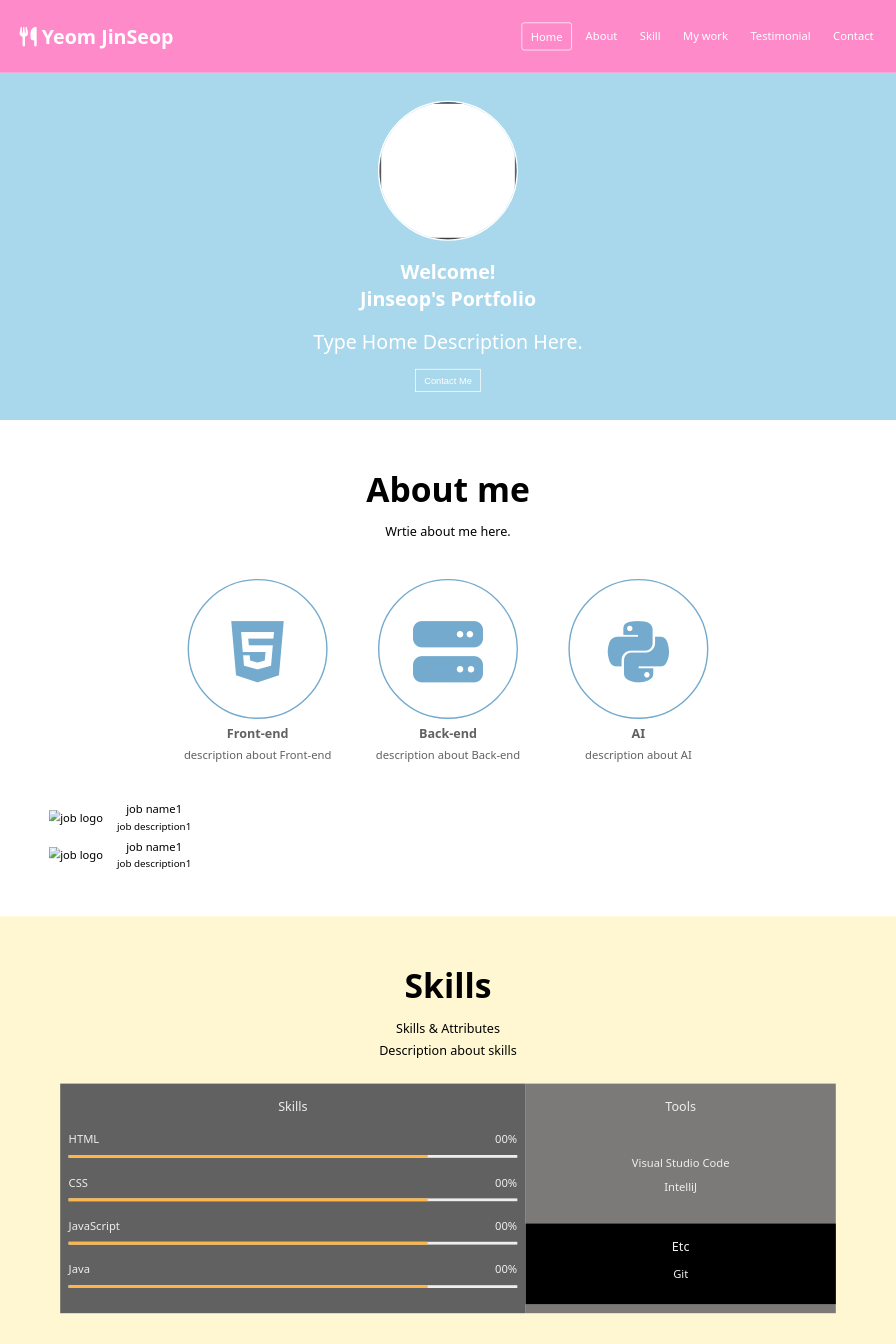
Repository: YEOMJINSEOP/yeomjinseop.github.io
Page: index.html
These files come from the project's save history. The page is drawn as it stood at one moment and after the next save; the edit follows.
The browser window is 1280 px wide. The pictures show the part of the page from y = 0 to 1920 px (the page is 3165 px tall), at 70% of full size.
Some web libraries are served in a nearby version.

Above is the page before, as saved 2022-08-14 20:44:52.

### index.html
<!DOCTYPE html>
<html lang="en">
<head>
  <meta charset="UTF-8">
  <meta http-equiv="X-UA-Compatible" content="IE=edge">
  <meta name="viewport" content="width=device-width, initial-scale=1.0">
  <title>Jinseop's Portfolio</title>
  <meta name="author" content="Jinseop Yeom">
  <meta name="description" content="Portfolio Website For Jinseop Yeom">

  <!--Logo Image-->
  <link rel="icon" type="image/png" href="images/favicon.png">


  <!--Font Awesome-->
  <script src="https://kit.fontawesome.com/d24b25bb21.js" crossorigin="anonymous"></script>

  <!--Google Fonts-->
  <link rel="preconnect" href="https://fonts.googleapis.com">
  <link rel="preconnect" href="https://fonts.gstatic.com" crossorigin>
  <link href="https://fonts.googleapis.com/css2?family=Open+Sans:wght@400;600;700&display=swap" rel="stylesheet">

  <!--CSS-->
  <link rel="stylesheet" href="style.css">

  <!--JavaScript-->
  <script src="main.js" defer></script>

</head>
<body>
  <!--Navbar-->
  <nav id="navbar">
    <div class="navbar__logo">
      <i class="fa-solid fa-utensils"></i>
      <a href="#">Yeom JinSeop</a>
    </div>
    <div>
      <ul class="navbar__menu">
        <li class="navbar__menu__item active">Home</li>
        <li class="navbar__menu__item">About</li>
        <li class="navbar__menu__item">Skill</li>
        <li class="navbar__menu__item">My work</li>
        <li class="navbar__menu__item">Testimonial</li>
        <li class="navbar__menu__item">Contact</li>
      </ul>
    </div>
  </nav>

  <!-- Home -->
  <section id="home" class="section">
    <img src="/images/whileimage.png" alt="Jinseop's image" class="home__avatar">
    <h1 class="home__title">Welcome! <br/> Jinseop's Portfolio</h1>
    <h3 class="home__description">Type Home Description Here.</h3>
    <button class="home__button">Contact Me</button>
  </section>

  <!--About-->
  <section id="about" class="section">
    <div class="section__container">
      <h1>About me</h1>
      <p>Wrtie about me here.</p>

      <div class="about__majors">
        <div class="about__majors">
        <div class="major">
          <div class="major__icon">
            <i class="fa-brands fa-html5"></i>
          </div>
          <div class="major__title">
            Front-end
          </div>
          <div class="major__description">
            description about Front-end
          </div>
        </div>

        <div class="major">
          <div class="major__icon">
            <i class="fa-solid fa-server"></i>
          </div>
          <div class="major__title">
            Back-end
          </div>
          <div class="major__description">
            description about Back-end
          </div>
        </div>


        <div class="major">
          <div class="major__icon">
            <i class="fa-brands fa-python"></i>
          </div>
          <div class="major__title">
            AI
          </div>
          <div class="major__description">
            description about AI
          </div>
        </div>
      </div>
    </div>

      <div class="about__jobs">
        <div class="job">
          <img src="" alt="job logo" class="job__logo">
          <div class="job__info">
            <p class="job__name">job name1</p>
            <p class="job__description">job description1</p>
          </div>
        </div>
        <div class="job">
          <img src="" alt="job logo" class="job__logo">
          <div class="job__info">
            <p class="job__name">job name1</p>
            <p class="job__description">job description1</p>
          </div>
        </div>
      </div>
    </div>
  </section>

  <!--Skills-->
  <section id="skills" class="section">
    <div class="section__container">
      <h1>Skills</h1>
    <h3>Skills & Attributes</h3>
    <p>Description about skills</p>
    <div class="skillset">
      <div class="skillset__left">
        <h3 class="skillset__title">Skills</h3>
        <div class="skill">
          <div class="skill__description">
            <span>HTML</span>
            <span>00%</span>
          </div>

          <div class="skill__bar">
            <div class="skill__value"></div>
          </div>
        </div>

        <div class="skill">
          <div class="skill__description">
            <span>CSS</span>
            <span>00%</span>
          </div>

          <div class="skill__bar">
            <div class="skill__value"></div>
          </div>

          <div class="skill">
            <div class="skill__description">
              <span>JavaScript</span>
              <span>00%</span>
            </div>

            <div class="skill__bar">
              <div class="skill__value"></div>
            </div>
          </div>
        </div>

        <div class="skill">
          <div class="skill__description">
            <span>Java</span>
            <span>00%</span>
          </div>

          <div class="skill__bar">
            <div class="skill__value"></div>
          </div>
        </div>
      </div>

      <div class="skillset__right">
        <div class="tools">
          <h3 class="skillset__title">Tools</h3>
          <ul class="tools__list">
            <li><span>Visual Studio Code</span></li>
            <li><span>IntelliJ</span></li>
          </ul>
        </div>

        <div class="etc">
          <h3 class="skillset__title">Etc</h3>
          <ul class="etc__list">
            <li><span>Git</span></li>
          </ul>
        </div>
      </div>
    </div>
    </div>
  </section>

  <!--Work-->
  <section id="work" class="section">
    <h1>My work</h1>
    <h3>Projects</h3>
    <div class="work__categories">
      <button class="category__btn">All<span class="category__count">3</span></button>
      <button class="category__btn">Front-end<span class="category__count">1</span></button>
      <button class="category__btn">Back-end<span class="category__count">1</span></button>
      <button class="category__btn">AI<span class="category__count">1</span></button>
    </div>

    <div class="work__projects">
      <a href="#" class="project" target="blank">
        <img src="images/whileimage.png" alt="project image" class="project__image">
        <div class="project__description">
          <h3>Project Name</h3>
          <span>Description about Project</span>
        </div>
      </a>

      <a href="#" class="project" target="blank">
        <img src="images/whileimage.png" alt="project image" class="project__image">
        <div class="project__description">
          <h3>Project Name</h3>
          <span>Description about Project</span>
        </div>
      </a>

      <a href="#" class="project" target="blank">
        <img src="images/whileimage.png" alt="project image" class="project__image">
        <div class="project__description">
          <h3>Project Name</h3>
          <span>Description about Project</span>
        </div>
      </a>
    </div>
  </section>

  <!--Testimonial-->
  <section id="testimonial" class="section">
    <h1>Testimonial</h1>
    <h3>See What They Say About Me</h3>
    <div class="testimonials">
      <div class="testimonial">
        <img src="" alt="Person Image" class="testimonial__avatar">
        <div class="testimonial__speech_bubble">
          <p>Recommendation Talk Here.</p>
          <p class="name"><a href="#">Professor A</a></p>
        </div>
      </div>

      <div class="testimonial">
        <img src="" alt="Person Image" class="testimonial__avatar">
        <div class="testimonial__speech_bubble">
          <p>Recommendation Talk Here.</p>
          <p class="name"><a href="#">Professor A</a></p>
        </div>
      </div>
    </div>
  </section>

  <!--Contact-->
  <section id="contact" class="section">
    <h1>Let's Talk</h1>
    <h3>yeom_123@naver.com</h3>
    <div class="contact_links">
      <a href="#" target="blank">
        <i class = "fab fa-github"></i>
      </a>

      <a href="#" target="blank">
        <i class = "fa fa-linkedin-square"></i>
      </a>
    </div>
    <p class="contact_rights">
      2022 YEOM JINSEOP - All rights reserved
    </p>
  </section>
</body>
</html>

### style.css
 /* Global */

 :root{
  /* Color */
  --color-white: #ffffff;
  --color-light-white: #eeeeee;
  --color-dark-whtie: #bdbdbd;
  --color-pink: #fe918d;
  --color-dark-pink: #ff6863;
  --color-deep-pink: #FF8ACA;
  --color-black: #4d4d4d;
  --color-grey: #616161;
  --color-light-gray: #7c7979;
  --color-blue: #73aace;
  --color-yellow: #fff7d1;
  --color-orange: #feb546;
  --color-black: #000000;
  --color-yellow-green: #BEEBA9;
  --color-sky-blue: #A9D7EB;

  /* Font size */
  --font-large: 48px;
  --font-medium: 28px;
  --font-regular: 18px;
  --font-small: 16px;
  --font-micro: 14px;


  /* Font Weight */
  --weight-bold: 700;
  --weight-semi-bold: 600;
  --weight-regular: 400;

  /* Size */
  --size-border-radius: 4px;

  /* Animation */
  --animation-duration: 300ms;

 }

 /* Universal tages */
 * {
  box-sizing: border-box;
 }

 body{
  margin: 0;
  font-family:system-ui, -apple-system, BlinkMacSystemFont, 'Segoe UI', Roboto, Oxygen, Ubuntu, Cantarell, 'Open Sans', 'Helvetica Neue', sans-serif;
  cursor: default;
}

 a{
  text-decoration: none;
  color: var(--color-white);
 }

 ul{
  list-style: none;
  padding-left: 0;
 }

 button{
  background-color: transparent;
  border: none;
  cursor: pointer;
 }



 /* Typography */

 h1{
  font-size: var(--font-large);
  font-weight: var(--weight-bold);
  color: var(--color-black);
  margin: 16px 0;
 }

 h2{
  font-size: var(--font-medium);
  font-weight: var(--weight-semi-bold);
  color: var(--color-black);
  margin: 8px 0;
 }

 h3{
  font-size: var(--font-regular);
  font-weight: var(--weight-regular);
  color: var(--color-black);
  margin: 8px 0;
 }

 p{
  font-size: var(--font-regular);
  font-weight:  var(--font-regular);
  color: var(--color-black);
  margin: 4px 0;
 }

 /* Body  */

 /* Nav */
 #navbar{
  display: flex;
  justify-content: space-between;
  align-items: center;
  background-color: var(--color-deep-pink);
  color: var(--color-white);
  padding: 16px;
 }

 .navbar__logo{
  font-size: var(--font-medium);
  font-weight: var(--weight-semi-bold);
  padding: 8px 12px;
 }

 .navbar__menu{
  display: flex;
  font-size: var(--font-small);
  font-weight: var(--weight-regular);
 }

 .navbar__menu__item.active{
  border: 1px solid white;
 }

 .navbar__menu__item{
  padding: 8px 12px;
  margin: 0 4px;
  border-radius: var(--size-border-radius);
  cursor: pointer;
 }

 .navbar__menu__item:hover{
  background-color: var(--color-dark-pink);
 }

 /* Home */

 #home{
  background-color: var(--color-sky-blue);
  background-position: center;
  background-repeat: no-repeat;
  background-size: cover;
  padding: 40px;
  text-align: center;
 }

 .home__avatar{
  border: 2px solid var(--color-white);
  border-radius: 50%;
  width: 200px;
  height: 200px;
 }

 .home__title,
 .home__description{
  font-size: var(--font-medium);
  color: var(--color-white);
  padding: 4px;
 }

 .home__button{
  border: 1px solid var(--color-white);
  padding: 8px 12px;
  margin-top: 8px;
  color: var(--color-white);
 }

.home__button:hover{
  background-color: var(--color-dark-pink);
}

/* Section Common */
.section{
  padding: 50px;
  text-align: center;
}

.section__contatiner{
  max-width: 1200px;
}

/* About */

.about__majors{
  display: flex;
  justify-content: center;
  margin: 8px 12px;
  padding: 12px;
}

.major{
  margin: 8px 24px;
}

.major__icon{
  height: 200px;
  width: 200px;
  font-size: 100px;
  line-height: 200px;
  border: 2px solid var(--color-blue);
  border-radius: 50%;
  color: var(--color-blue);
  margin: 8px 12px;
  transition: all var(--animation-duration) linear;
}

.major__icon:hover{
  color: var(--color-orange);
  border-color: var(--color-orange);
}

.major__icon:hover i{
  transform: scale(120%);
}


.major__title {
  font-size: var(--font-regular);
  font-weight: var(--weight-semi-bold);
  color:var(--color-grey);
  margin: 8px;;
}

.major__description{
  font-size: var(--font-small);
  color: var(--color-grey);
}

.about__jobs{
  margin: 12px 0;
}

.job{
  display: flex;
  align-items: center;
}

.job__logo{
  padding: 8px;
  margin: 4px 12px;
}

.job__name{
  font-size: var(--font-small);
}

.job__description{
  font-size: var(--font-micro);
}

/* Skill */

#skills{
  background-color: var(--color-yellow);
}
.skillset{
  display: flex;
  justify-content: center;
  margin: 12px 12px;
  padding: 24px;
  color: var(--color-light-white);
}

.skillset__left{
  padding: 12px;
  flex-basis: 60%;
  background-color: var(--color-grey);
}

.skill{
  margin: 24px 0;
}

.skill__description{
  display: flex;
  justify-content: space-between;
}

.skillset__title{
  color: var(--color-light-white);
  margin: 8px 0;
}

.skill__bar{
  width: 100%;
  height: 4px;
  background-color: var(--color-light-white);
  margin: 12px 0;
}

.skill__value{
  width: 80%;
  /* width는 html에 style로 넣어서 각각 지정하기! */
  height: 4px;
  background-color: var(--color-orange);
}


.skillset__right{
  flex-basis:40%;
  background-color: var(--color-light-gray);
}

.tools{
  padding: 12px;
  height:200px;
}

.tools__list{
  padding: 30px 0;
}

.tools__list li{
  margin: 12px;
}


.etc{
  background-color: var(--color-black);
  height: 115px;
  padding: 12px;
}

/* Work */

.work__categories{
  margin: 24px 0 ;
}

.category__btn{
  border: 1px solid var(--color-black);
  background-color: var(--color-white);
  padding: 4px 32px;
  margin: 4px 8px;
  font-size: var(--font-small);
  font-weight: var(--weight-semi-bold);
}

.category__btn:hover {
  background-color: var(--color-light-white);
}

.category__btn:hover .category__count{
  opacity: 1;
  transform: translateY(0);
}

.category__count{
  width:  20px;
  height: 20px;
  line-height: 20px;
  color: var(--color-white);
  margin-left: 5px;
  background-color: var(--color-orange);
  display: inline-block;
  border-radius: 50%;
  opacity: 0;
  transition: all var(--animation-duration) ease-in;
  transform: translateY(-10px);
}

.work__projects{
  display: flex;
  flex-wrap:wrap;
  align-items: center;
  justify-content: center;
}

.project__image{
  width: 100%;
  height: 100%;
}

.project{
  position: relative;
  width: 200px;
  height: 200px;
  margin: 10px;
}

.project__description{
  position: absolute;
  top:0px;
  left:0px;
  background-color: var(--color-grey);
  width: 100%;
  height: 100%;
  display: flex;
  flex-direction: column;
  justify-content: center;
  opacity: 0;
  transition: all var(--animation-duration) ease-in;
  transform: translateY(-10px);
}

.project__description h3{
  color: var(--color-white);
}

.project__description h3:after{
  content: " ";
  display: block;
  position: relative;
  left: 50%;
  width: 20px;
  height: 2px;
  margin-top: 8px;
  margin-left: -8px;
  background-color: var(--color-white);
}

.project__description:hover{
  opacity: 0.8;
  transform: translateY(0);
}

/* Testimonial */

Loaded but not shown: main.js (no copy from this time; the picture is the same without it)

After the next save:
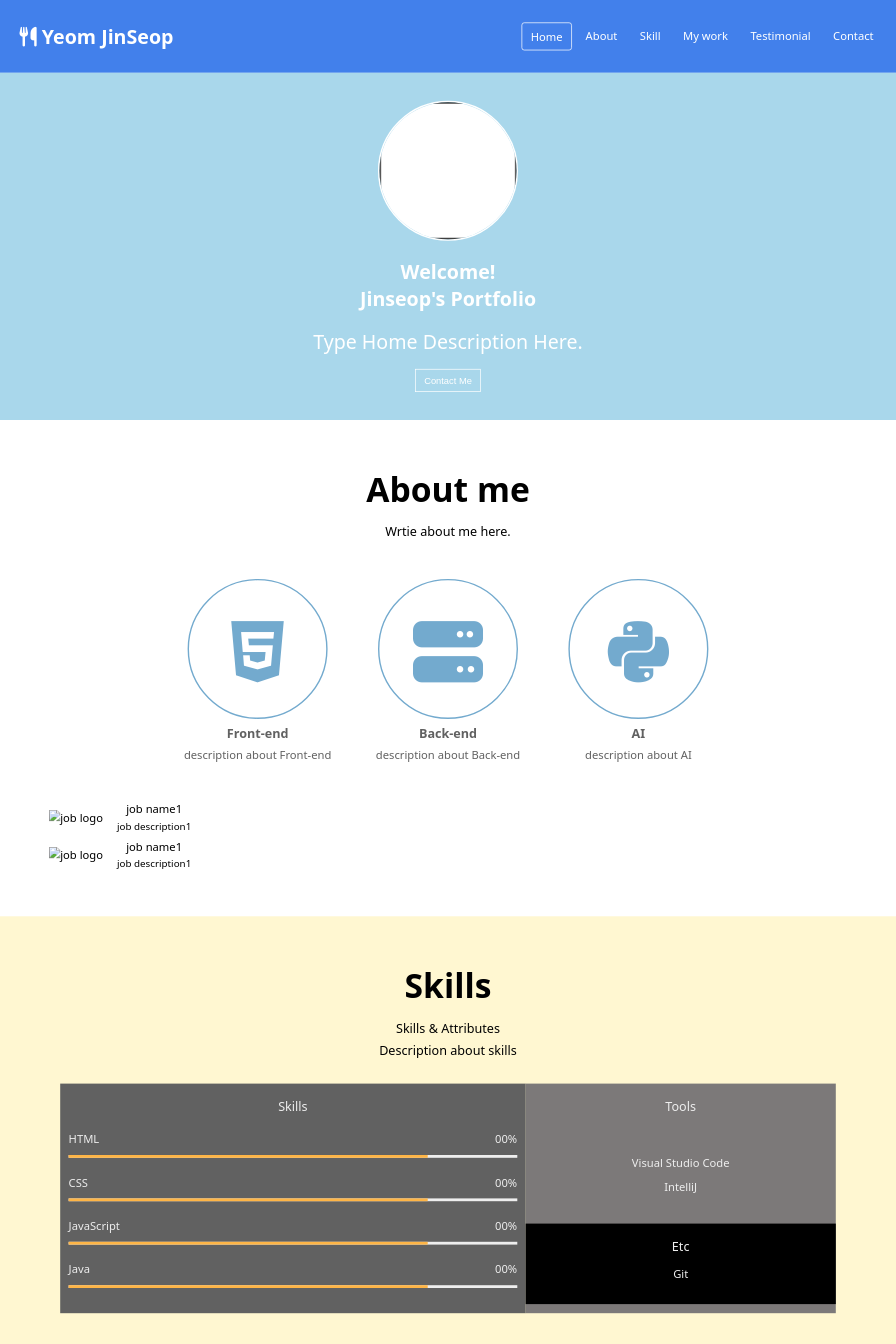
Saved 3 min 4 s later.
--- a/style.css
+++ b/style.css
@@ -17,6 +17,7 @@
   --color-black: #000000;
   --color-yellow-green: #BEEBA9;
   --color-sky-blue: #A9D7EB;
+  --color-deep-blue: #4280EB;
 
   /* Font size */
   --font-large: 48px;
@@ -105,7 +106,7 @@
   display: flex;
   justify-content: space-between;
   align-items: center;
-  background-color: var(--color-deep-pink);
+  background-color: var(--color-deep-blue);
   color: var(--color-white);
   padding: 16px;
  }
@@ -419,3 +420,7 @@
 }
 
 /* Testimonial */
+
+#testimonial {
+  background-color: var(--y);
+}
